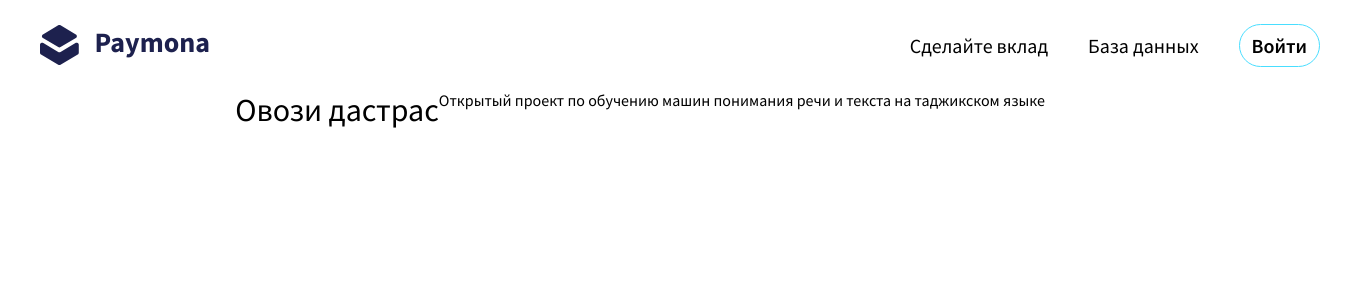
Repository: Amin444/Paymona-Sadp
Page: index.html
The author's editor kept a copy of each file at every save. The page is drawn from the files as they stood at one save, then again after the next save.
The browser window is 1280 px wide. The page is 1360 px wide, then 1280 px, then 1360 px, so the pictures cover 1360 px, including what lies to the right of the window. The pictures show the whole page.

Above is the page before, as saved 2021-11-11 14:19:56.

### index.html
<!DOCTYPE html>
<html lang="en">
<head>
  <meta charset="UTF-8">
  <link rel="stylesheet" href="./style.css">
  <meta http-equiv="X-UA-Compatible" content="IE=edge">
  <meta name="viewport" content="width=device-width, initial-scale=1.0">
  <title>Paymona Sado</title>
</head>
<body>

  <div class="root">
     <div class="header">
       <div class="logoBlock">
         <img src="./img/logo.svg" class="logo" alt="">
         <p class='textLogo'>Paymona</p>
       </div>

       <div class="menu">
          <div class="items">Сделайте вклад</div>
          <div class="items">База данных</div>
          <div class="items border">Войти</div>
       </div>

     </div>

     <div class="title">
        <h1>Овози дастрас</h1>
        <p>Открытый проект по обучению машин понимания речи и текста на таджикском языке</p>
     </div>

  </div>

</body>
</html>

### style.css
@import url('https://fonts.googleapis.com/css2?family=Source+Sans+Pro:ital,wght@0,200;0,300;0,400;0,600;0,700;0,900;1,200;1,300;1,400;1,600;1,700;1,900&display=swap');

*{
  margin: 0;
  padding: 0;
  border: none;
  outline: none;
  font-family: 'Source Sans Pro', sans-serif;
  font-weight: 500;

}

.root{
  width: 100vw;
}
.header{
  width: 100%;
  height: 90px;
  padding: 0 40px;
  display: flex;
  align-items: center;
  justify-content: space-between;
}

.textLogo{
  color: #1D214E;
  font-weight: 700;
  font-size: 28px;
  line-height: 35px;
}

.logo{
  width: 40px;
  height: 40px;
}
.logoBlock{
  width:170px;
  display: flex;
  justify-content: space-between;
}
.menu{
  display: flex;
  gap: 40px;
  align-items: center;
  font-weight: 400;
  font-size: 20px;
  line-height:25px;
}
.items{
  cursor: pointer;
}
.border{
  padding: 8px 12px;
  border: 1px solid rgba(73, 222, 255, 1);
  border-radius: 50px;
  font-weight: 600;
}
.title{
  width: 100%;
  display: flex;
  justify-content: center;
}

### img/logo.svg
<svg width="24" height="24" viewBox="0 0 24 24" fill="none" xmlns="http://www.w3.org/2000/svg">
<path d="M23.2727 11.9119V16.6433C23.2731 16.8543 23.2169 17.0618 23.1094 17.2464C23.0019 17.4309 22.8466 17.5864 22.6582 17.6981L12.3229 23.8128C12.1153 23.9351 11.8758 24 11.6314 24C11.387 24 11.1475 23.9351 10.9399 23.8128L0.616444 17.6943C0.427833 17.5828 0.272261 17.4273 0.164406 17.2428C0.0565516 17.0583 -2.98523e-05 16.8507 1.18183e-08 16.6396V11.9119C-3.13489e-05 11.6902 0.0623511 11.4726 0.180679 11.2816C0.299007 11.0906 0.468973 10.9331 0.672954 10.8255C0.876934 10.7179 1.1075 10.6641 1.34075 10.6696C1.574 10.6752 1.80144 10.7399 1.99949 10.8571L10.9399 16.1535C11.1475 16.2758 11.387 16.3407 11.6314 16.3407C11.8758 16.3407 12.1153 16.2758 12.3229 16.1535L21.2653 10.8571C21.4634 10.7373 21.6918 10.6704 21.9264 10.6636C22.1611 10.6567 22.3934 10.71 22.5989 10.818C22.8043 10.9259 22.9754 11.0845 23.0939 11.277C23.2125 11.4695 23.2743 11.6888 23.2727 11.9119Z" fill="#1D214E"/>
<path d="M10.9383 13.2688L1.76081 7.81102C1.57388 7.69908 1.41986 7.54397 1.31312 7.36018C1.20638 7.17639 1.15039 6.96991 1.15039 6.76C1.15039 6.5501 1.20638 6.34361 1.31312 6.15982C1.41986 5.97603 1.57388 5.82093 1.76081 5.70898L10.9344 0.193005C11.1431 0.0669478 11.3854 0 11.6328 0C11.8802 0 12.1224 0.0669478 12.3312 0.193005L21.5107 5.70898C21.6976 5.82093 21.8516 5.97603 21.9584 6.15982C22.0651 6.34361 22.1211 6.5501 22.1211 6.76C22.1211 6.96991 22.0651 7.17639 21.9584 7.36018C21.8516 7.54397 21.6976 7.69908 21.5107 7.81102L12.3253 13.2688C12.1173 13.3921 11.877 13.4575 11.6318 13.4575C11.3866 13.4575 11.1463 13.3921 10.9383 13.2688Z" fill="#1D214E"/>
</svg>

After the next save:
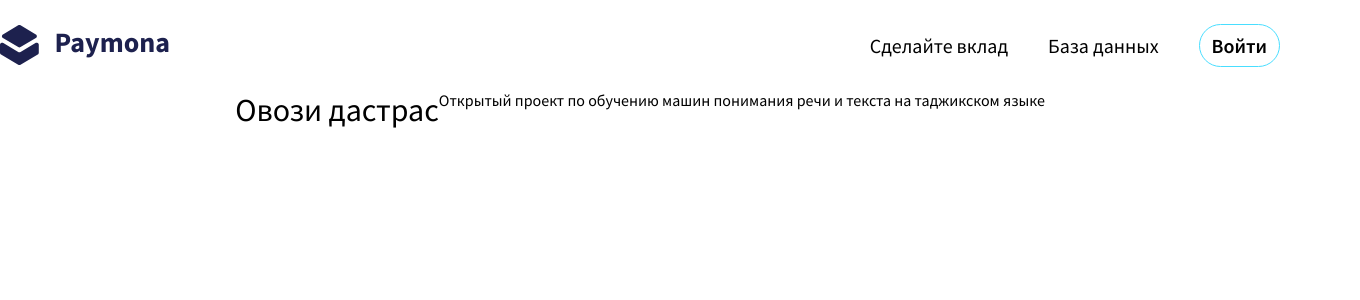
Saved 19 s later.
--- a/style.css
+++ b/style.css
@@ -16,7 +16,6 @@
 .header{
   width: 100%;
   height: 90px;
-  padding: 0 40px;
   display: flex;
   align-items: center;
   justify-content: space-between;

After the save that followed:
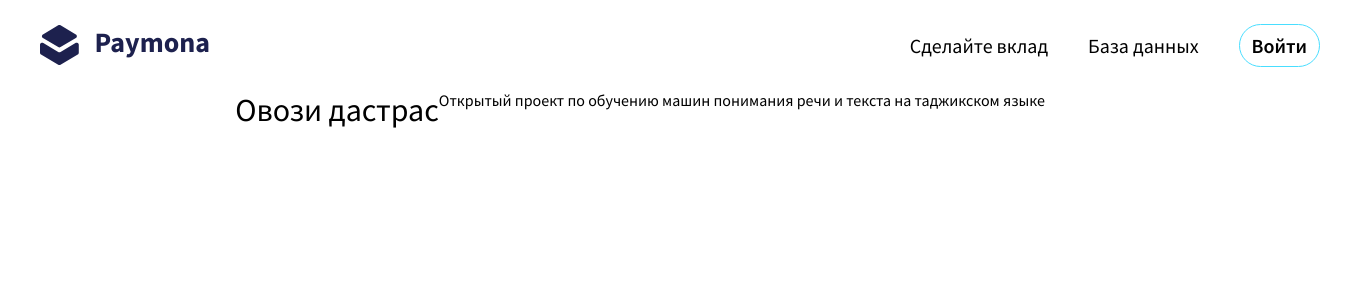
Saved 8 s later.
--- a/style.css
+++ b/style.css
@@ -16,6 +16,7 @@
 .header{
   width: 100%;
   height: 90px;
+  padding: 0 40px;
   display: flex;
   align-items: center;
   justify-content: space-between;
